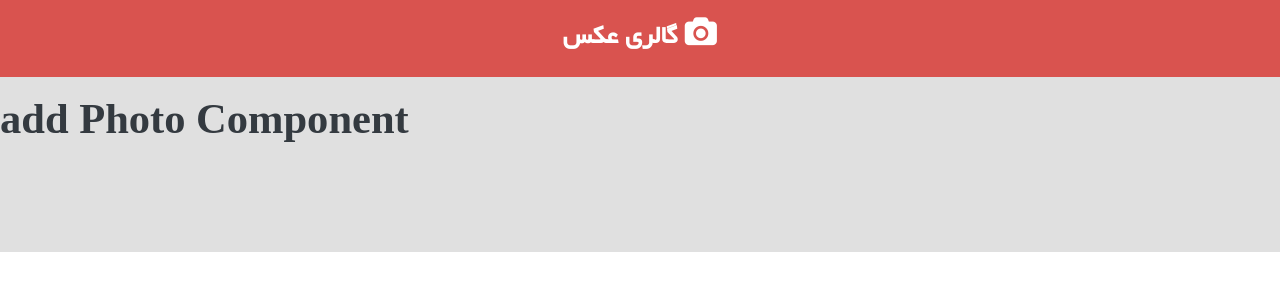
Repository: sadegh1379/PhotoWall-app
Page: /addphoto
An editor plug-in stored every save of this project. The page is shown before and after the next save, followed by the edit.
The browser window is 1280 px wide. The pictures show the whole page.
The project was rebuilt for these pictures with package versions that can differ from the ones it lists, and the page was loaded fresh each time. Also part of the build but not shown: src/Component/Photo.js, src/Component/PhotoWall.js.

Above is the page before, as saved 2020-02-22 13:13:43.

After the next save:
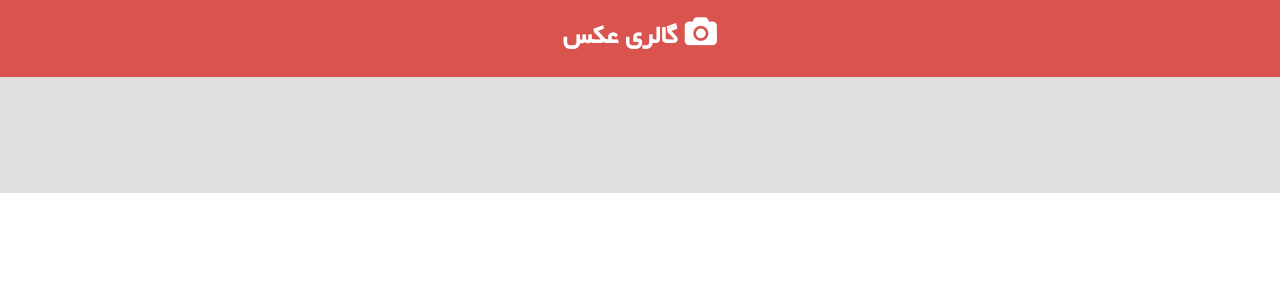
Saved 119 s later.
--- a/src/Component/AddPhoto.js
+++ b/src/Component/AddPhoto.js
@@ -4,7 +4,7 @@ export class AddPhoto extends Component {
     render() {
         return (
             <div>
-                <h1>add Photo Component</h1>
+
             </div>
         )
     }
